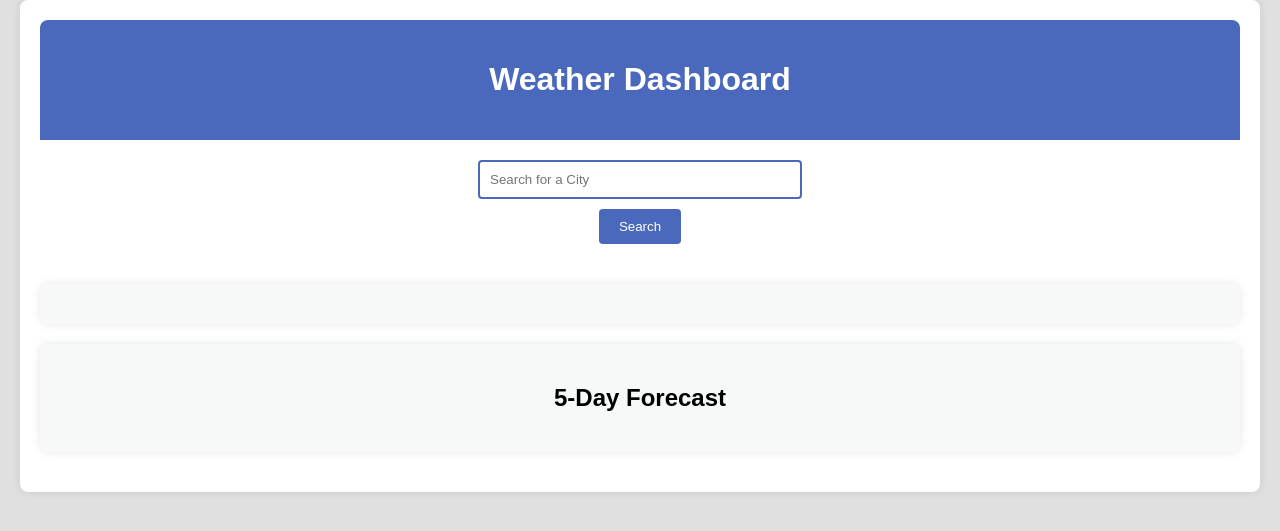
Repository: PaigeC001/WeatherOutlookTracker
Page: WeatherOutlookTracker/index.html
An editor plug-in stored every save of this project. The page is shown before and after the next save, followed by the edit.
The browser window is 1280 px wide. The pictures show the whole page.

Above is the page before, as saved 2024-07-16 04:36:50.

After the next save:
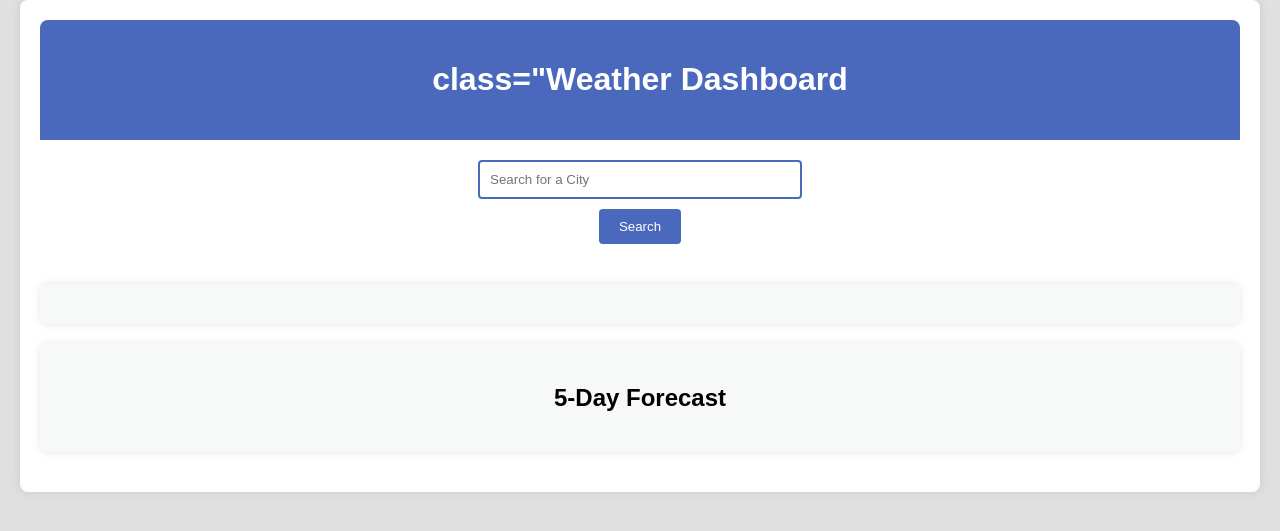
Saved 74 s later.
--- a/WeatherOutlookTracker/index.html
+++ b/WeatherOutlookTracker/index.html
@@ -10,7 +10,7 @@
     <div class="container">
         <!-- Added header section -->
         <header>
-            <h1>Weather Dashboard</h1>
+            <h1> class="Weather Dashboard</h1>
         </header>
         <main>
             <section class="search-section">
